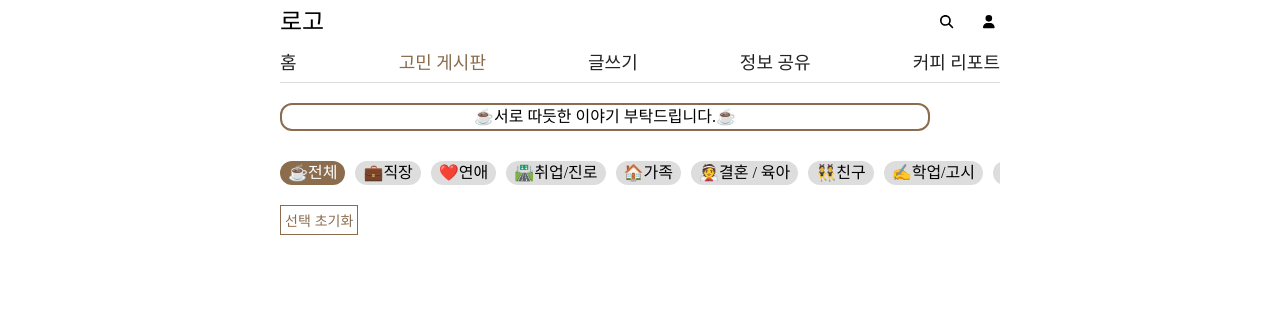
Repository: zlazlazla35/coffee
Page: /list
The author's editor kept a copy of each file at every save. The page is drawn from the files as they stood at one save, then again after the next save.
The browser window is 1280 px wide. The pictures show the whole page.
Some web fonts or font styles are not loaded; a fallback is used. The project was rebuilt for these pictures with package versions that can differ from the ones it lists, and the page was loaded fresh each time. The framework's server and built-in components were replaced by stand-ins that run in the browser. Also part of the build but not shown: next.config.mjs.

Above is the page before, as saved 2024-12-26 18:20:05.

### src/app/layout.js
import { Geist, Geist_Mono } from "next/font/google";
import "./globals.css";
import Link from "next/link";
import { FontAwesomeIcon } from '@fortawesome/react-fontawesome'
import { faMagnifyingGlass, faUser } from '@fortawesome/free-solid-svg-icons'
import NavMenu from "./component/NavMenu";

const geistSans = Geist({
  variable: "--font-geist-sans",
  subsets: ["latin"],
});

const geistMono = Geist_Mono({
  variable: "--font-geist-mono",
  subsets: ["latin"],
});

export const metadata = {
  title: "Create Next App",
  description: "Generated by create next app",
};

export default function RootLayout({ children }) {
  return (
    <html lang="en">
      <body className={`${geistSans.variable} ${geistMono.variable}`}>
        <div className="nav_bar">
          <div className="nav_bar_top">
            <Link className="logo" href={'/'}>로고</Link>
            <div className="userBox">
              <button>
                <FontAwesomeIcon icon={faMagnifyingGlass} />
              </button>
              <button>
                <FontAwesomeIcon icon={faUser} />
              </button>
            </div>
          </div>
          <div className="nav_bar_bottom">
          <NavMenu></NavMenu>
          </div>
        </div>
        {children}
      </body>
    </html>
  );
}

### src/app/list/page.js
'use client'
import { useState } from "react"

export default function List() {
    let [tagList, setTagList] = useState(['☕전체','💼직장', '❤️연애', '🛣️취업/진로', '🏠가족', '👰결혼 / 육아', '👯친구', '✍️학업/고시', '🚫중독', '💰사업 / 금전', '💉질병 / 질환']);
    let [tagActive, setTagActive] = useState([true, false, false, false, false, false, false, false, false, false, false])







    return (
        <div className="liset_page">
            <div className="top_border">
                ☕서로 따듯한 이야기 부탁드립니다.☕
            </div>
            <div className="tag">
                <ul className="tag_list">
                    {
                        tagList.map((item, i)=>{

                            return(
                                <li className={tagActive[i] == true ? 'on' : null} key={i} onClick={(e)=>{
                                    let copy = [...tagActive];

                                    if(copy[i] == false){
                                        copy[i] = true;
                                        setTagActive(copy);
                                    }else{
                                        copy[i] = false;
                                        setTagActive(copy);
                                    }

                                    if(e.target.innerHTML !== '☕전체'){
                                        copy[0] = false;
                                        setTagActive(copy);
                                    }else{
                                        let copy2 = [true, false, false, false, false, false, false, false, false, false, false];
                                        setTagActive(copy2);
                                    }
                                }} >{item}</li>
                            )
                        })
                    }
                </ul>
            </div>
            <button className="tag_reset">선택 초기화</button>
        </div>
    )
}

//

### src/app/globals.css
@font-face {
    font-family: 'Ownglyph_StudyHard-Rg';
    src: url('https://fastly.jsdelivr.net/gh/projectnoonnu/2411-3@1.0/Ownglyph_StudyHard-Rg.woff2') format('woff2');
    font-weight: normal;
    font-style: normal;
}
/* /styles/reset.css */
body {font-family: 'Ownglyph_StudyHard-Rg' !important;}
html, body, div, span, applet, object, iframe,
h1, h2, h3, h4, h5, h6, p, blockquote, pre,
a, abbr, acronym, address, big, cite, code,
del, dfn, em, img, ins, kbd, q, s, samp,
small, strike, strong, sub, sup, tt, var,
b, u, i, center,
dl, dt, dd, ol, ul, li,
fieldset, form, label, legend,
table, caption, tbody, tfoot, thead, tr, th, td,
article, aside, canvas, details, embed,
figure, figcaption, footer, header, hgroup,
menu, nav, output, ruby, section, summary,
time, mark, audio, video {
	margin: 0;
	padding: 0;
	border: 0;
	font-size: 100%;
	font: inherit;
	vertical-align: baseline;
}
/* HTML5 display-role reset for older browsers */
article, aside, details, figcaption, figure,
footer, header, hgroup, menu, nav, section {
	display: block;
}
body {
	line-height: 1;
}
ol, ul {
	list-style: none;
}
blockquote, q {
	quotes: none;
}
blockquote:before, blockquote:after,
q:before, q:after {
	content: '';
	content: none;
}
table {
	border-collapse: collapse;
	border-spacing: 0;
}
input:focus {outline: none;}
a {text-decoration: none; color: inherit;}


.nav_bar {width: 100%; max-width: 720px; margin: 0 auto;}
.nav_bar .nav_bar_top {width: 100%; display: flex; align-items: center; justify-content: space-between; box-sizing: border-box; padding: 10px 0; }
.nav_bar .nav_bar_top .logo {font-size: 24px; }
.nav_bar .nav_bar_top .userBox {display: flex; align-items: center;}
.nav_bar .nav_bar_top .userBox button {width: 22px; display: block; background: none; border: none; padding: 0;}
.nav_bar .nav_bar_top .userBox button {margin-right: 20px;}
.nav_bar .nav_bar_top .userBox button:last-child {margin-right: 0;}
.nav_bar .nav_bar_bottom {width: 100%; }
.nav_bar .nav_bar_bottom .nav_list {display: flex; align-items: center; justify-content: space-between; box-sizing: border-box; padding: 10px 0; border-bottom: 1px solid #ddd;}
.nav_bar .nav_bar_bottom .nav_list li { font-size: 18px; color: #232323; }
.nav_bar .nav_bar_bottom .nav_list li a.active {color: #8b6d4e; }


.liset_page {width: 100%; max-width: 720px; margin: 0 auto;}
.liset_page .top_border {width: 100%; max-width: 650px; border: 2px solid #8b6d4e; border-radius: 12px; display: flex; align-items: center; justify-content: center; font-size: 16px; box-sizing: border-box; padding: 4px; margin: 20px 0 30px;}
.liset_page .tag {width: 100%;}
.liset_page .tag .tag_list {width: 100%; display: flex; align-items: center; white-space: nowrap; overflow-x: scroll;}
.liset_page .tag .tag_list::-webkit-scrollbar {height: 8px;}
.liset_page .tag .tag_list::-webkit-scrollbar-thumb {background: #a89f96; border-radius: 10px; }
.liset_page .tag .tag_list::-webkit-scrollbar-track {background: rgba(123, 87, 8, 0.1); }
.liset_page .tag .tag_list li {background: #ddd; font-size: 16px; box-sizing: border-box; padding: 4px 8px; border-radius: 12px; margin-right: 10px; cursor: pointer;}
.liset_page .tag .tag_list li:last-child {margin-right: 0;}
.liset_page .tag .tag_list li.on {background: #8b6d4e; color: #fff;}
.liset_page .tag_reset{display: inline-block; box-sizing: border-box; padding: 4px; border: 1px solid #8b6d4e; background: none; color: #8b6d4e; font-size: 14px; margin-top: 20px;}

### src/app/component/NavMenu.js
'use client'

import Link from "next/link";
import { usePathname } from "next/navigation";

export default function NavMenu() {
    const pathname = usePathname();

    return (
        <ul className="nav_list">
            <li>
                <Link href={'/'}>홈</Link>
            </li>
            <li>
                <Link className={pathname == '/list'? 'active' : null} href={'/list'}>고민 게시판</Link>
            </li>
            <li>
                <Link className={pathname == '/writing'? 'active' : null} href={'/writing'}>글쓰기</Link>
            </li>
            <li>
                <Link className={pathname == '/share'? 'active' : null} href={'/share'}>정보 공유</Link>
            </li>
            <li>
                <Link className={pathname == '/report'? 'active' : null} href={'/report'}>커피 리포트</Link>
            </li>
        </ul>
    )
}

After the next save:
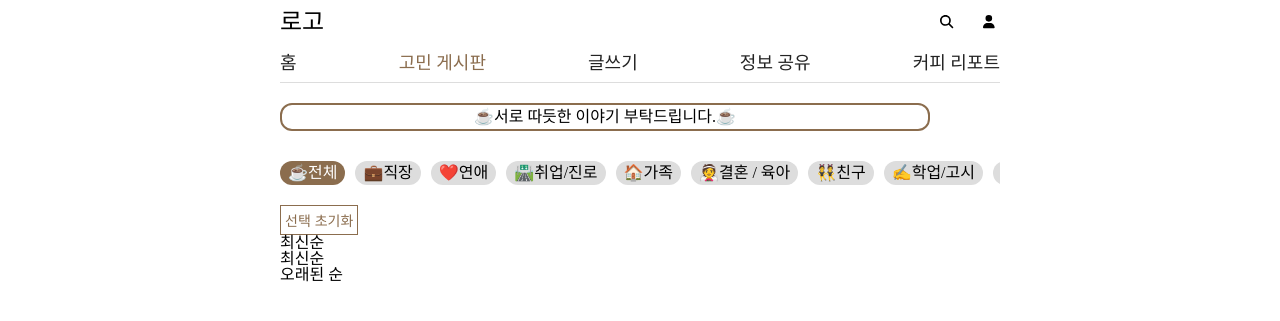
Saved 2 min 33 s later.
--- a/src/app/list/page.js
+++ b/src/app/list/page.js
@@ -2,7 +2,7 @@
 import { useState } from "react"
 
 export default function List() {
-    let [tagList, setTagList] = useState(['☕전체','💼직장', '❤️연애', '🛣️취업/진로', '🏠가족', '👰결혼 / 육아', '👯친구', '✍️학업/고시', '🚫중독', '💰사업 / 금전', '💉질병 / 질환']);
+    let [tagList, setTagList] = useState(['☕전체', '💼직장', '❤️연애', '🛣️취업/진로', '🏠가족', '👰결혼 / 육아', '👯친구', '✍️학업/고시', '🚫중독', '💰사업 / 금전', '💉질병 / 질환']);
     let [tagActive, setTagActive] = useState([true, false, false, false, false, false, false, false, false, false, false])
 
 
@@ -19,24 +19,24 @@ export default function List() {
             <div className="tag">
                 <ul className="tag_list">
                     {
-                        tagList.map((item, i)=>{
+                        tagList.map((item, i) => {
 
-                            return(
-                                <li className={tagActive[i] == true ? 'on' : null} key={i} onClick={(e)=>{
+                            return (
+                                <li className={tagActive[i] == true ? 'on' : null} key={i} onClick={(e) => {
                                     let copy = [...tagActive];
 
-                                    if(copy[i] == false){
+                                    if (copy[i] == false) {
                                         copy[i] = true;
                                         setTagActive(copy);
-                                    }else{
+                                    } else {
                                         copy[i] = false;
                                         setTagActive(copy);
                                     }
 
-                                    if(e.target.innerHTML !== '☕전체'){
+                                    if (e.target.innerHTML !== '☕전체') {
                                         copy[0] = false;
                                         setTagActive(copy);
-                                    }else{
+                                    } else {
                                         let copy2 = [true, false, false, false, false, false, false, false, false, false, false];
                                         setTagActive(copy2);
                                     }
@@ -46,7 +46,16 @@ export default function List() {
                     }
                 </ul>
             </div>
-            <button className="tag_reset">선택 초기화</button>
+            <div className="filterBox">
+                <button className="tag_reset">선택 초기화</button>
+                <div className="filterSelectBox">
+                    <h2 className="title">최신순</h2>
+                    <ul className="filterSelect">
+                        <li>최신순</li>
+                        <li>오래된 순</li>
+                    </ul>
+                </div>
+            </div>
         </div>
     )
 }
